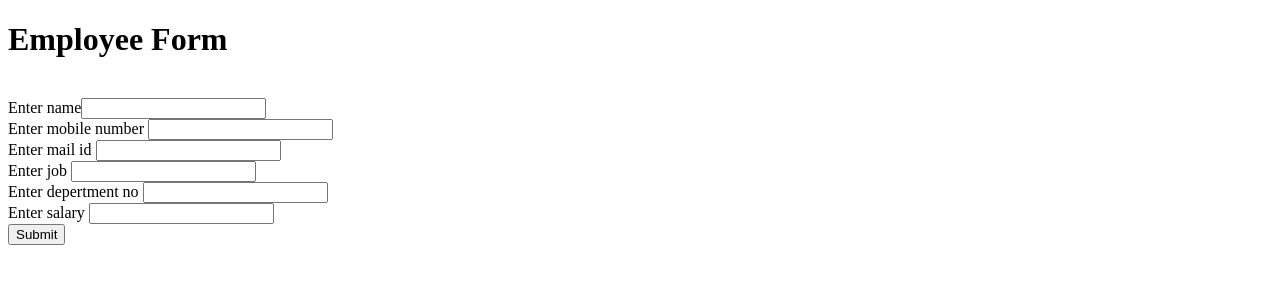
Repository: Subhabrata98dada/java_code
Page: http://localhost/MVC6_SOFT_DELETION/WEB-INF/pages/employeeform.jsp
An editor plug-in stored every save of this project. The page is shown before and after the next save, followed by the edit.
The browser window is 1280 px wide. The pictures show the whole page.
The page is served by Tomcat 9. Nobody is signed in. The template is opened directly, without the code that normally fills it, so the values that code supplies are empty.

Above is the page before, as saved 2024-10-29 06:09:13.

After the next save:
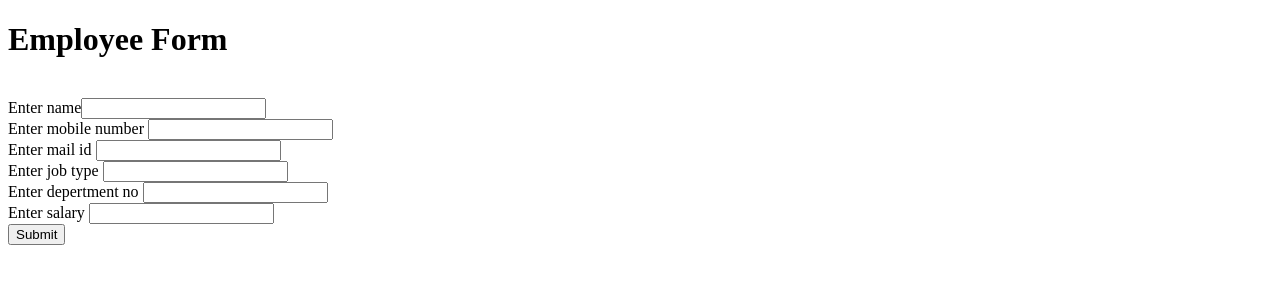
Saved 95 s later.
--- a/springboot mvc/MVC6_SOFT_DELETION/src/main/webapp/WEB-INF/pages/employeeform.jsp
+++ b/springboot mvc/MVC6_SOFT_DELETION/src/main/webapp/WEB-INF/pages/employeeform.jsp
@@ -12,8 +12,8 @@
    Enter name<input type="text" name="name">  <br>
    Enter mobile number <input type="number" name="mobile"> <br>
    Enter mail id <input type="email" name="email"> <br>
-   Enter job <input type="text" name="job"> <br>
-   Enter depertment no <input type="text" name="deptno"> <br>
+   Enter job type <input type="text" name="job"> <br>
+   Enter depertment no <input type="number" name="deptno"> <br>
    Enter salary <input type="text" name="salary"> <br>
    <input type="submit">
    </form>
